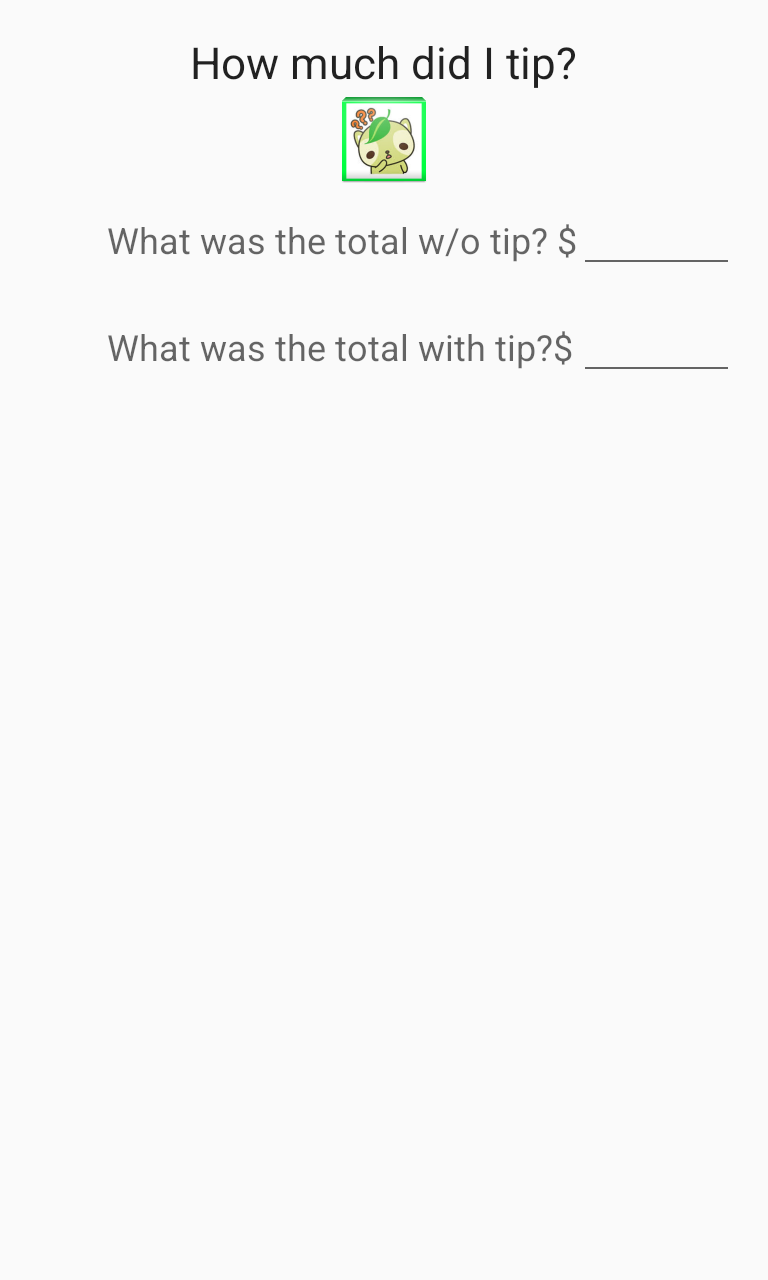
Repository: any027/BillHelper
Layout: BillHelper/res/layout/did_i_tip.xml
The author's editor kept a copy of each file at every save. The layout is drawn from the files as they stood at one save, then again after the next save.
It is drawn on a 768 x 1280 px phone screen (xhdpi) without system bars, with theme AppTheme; the app's code is not run.

Above is the layout before, as saved 2015-06-29 18:41:20.

After the next save:
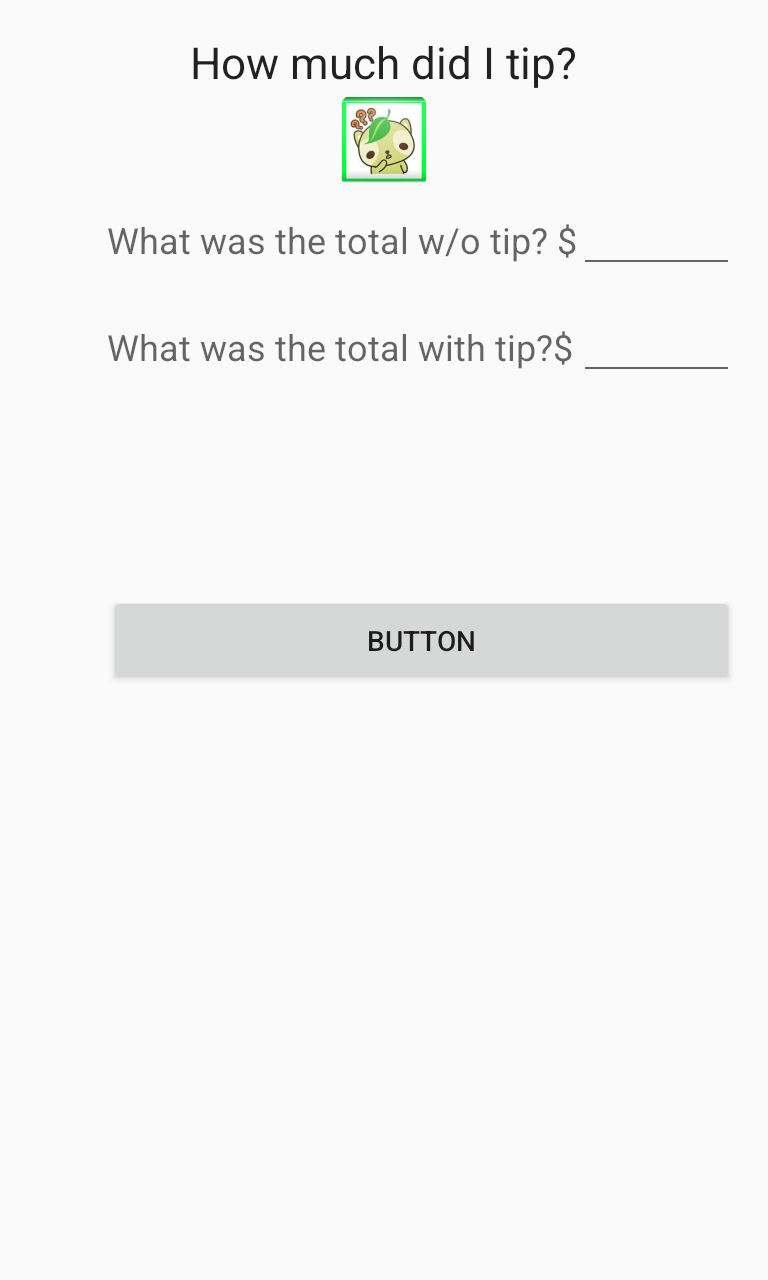
Saved 19 s later.
--- a/BillHelper/res/layout/did_i_tip.xml
+++ b/BillHelper/res/layout/did_i_tip.xml
@@ -69,4 +69,13 @@
         android:ems="10"
         android:inputType="numberDecimal" />
 
+    <Button
+        android:id="@+id/button1"
+        android:layout_width="wrap_content"
+        android:layout_height="wrap_content"
+        android:layout_alignLeft="@+id/howMuchTipQuestiong"
+        android:layout_alignRight="@+id/totalWithTip"
+        android:layout_centerVertical="true"
+        android:text="Button" />
+
 </RelativeLayout>
